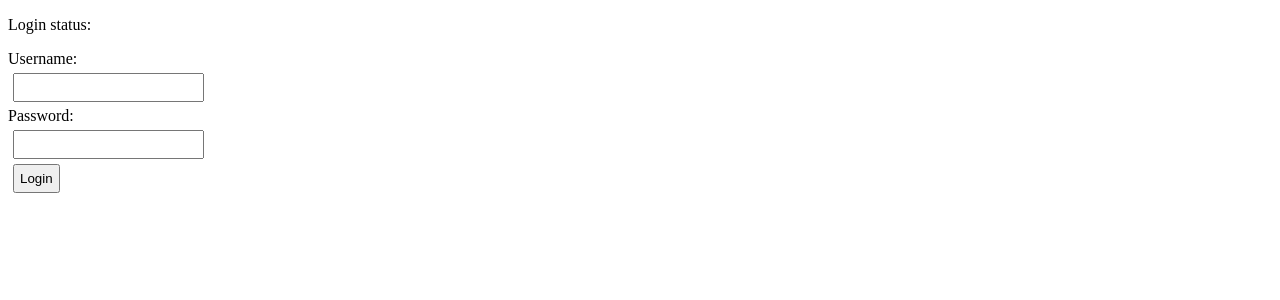
Repository: ajinzrathod/jsp-login
Page: http://localhost/login/
These files come from the project's save history. The page is drawn as it stood at one moment and after the next save; the edit follows.
The browser window is 1280 px wide. The pictures show the whole page.
The page is served by Tomcat 10. Other server files are loaded and not shown.

Above is the page before, as saved 2021-05-28 06:23:03.

### login/src/main/webapp/index.jsp
<%@ page language="java" contentType="text/html; charset=UTF-8"
	pageEncoding="UTF-8"%>
<%@ taglib uri="http://java.sun.com/jsp/jstl/core" prefix="c"%>
<!DOCTYPE html>
<html>
<head>
<meta charset="UTF-8">
<title>Insert title here</title>
<style>
.inp-field {
	display: block;
	padding: 5px;
	margin: 5px;
}
</style>
</head>
<body>
	<% if(session.getAttribute("can_login")!=null && Boolean.TRUE.equals(session.getAttribute("can_login"))) { %>
		<p>Login status: ${can_login}</p>
		<p>Signed in Successfully.</p>
		<p> <a href="/logout">Logout</a></p>
	<% } else { %>
		<p>Login status: ${can_login}</p>
		<div>
			<form action="login" method="post">
				Username: <input type="text" name="username" class="inp-field">
				Password: <input type="password" name="password" class="inp-field">
				<input type="submit" class="inp-field" value="Login">
			</form>
		</div>
	<% } %>
</body>
</html>

After the next save:
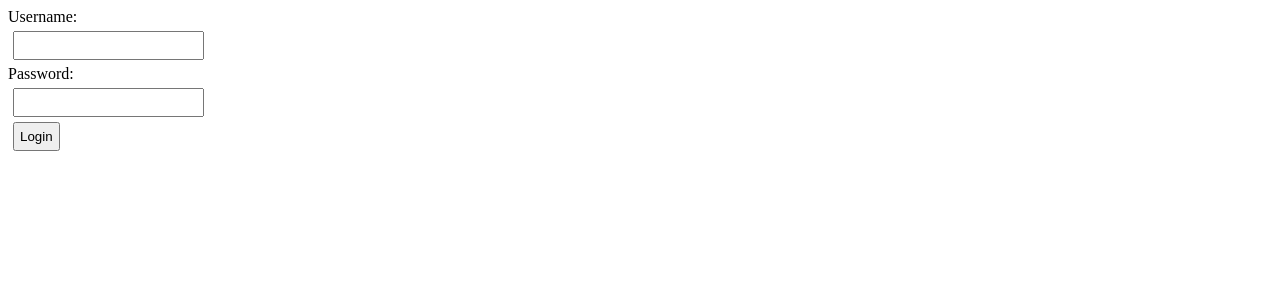
Saved 70 s later.
--- a/login/src/main/webapp/index.jsp
+++ b/login/src/main/webapp/index.jsp
@@ -20,7 +20,6 @@
 		<p>Signed in Successfully.</p>
 		<p> <a href="/logout">Logout</a></p>
 	<% } else { %>
-		<p>Login status: ${can_login}</p>
 		<div>
 			<form action="login" method="post">
 				Username: <input type="text" name="username" class="inp-field">
